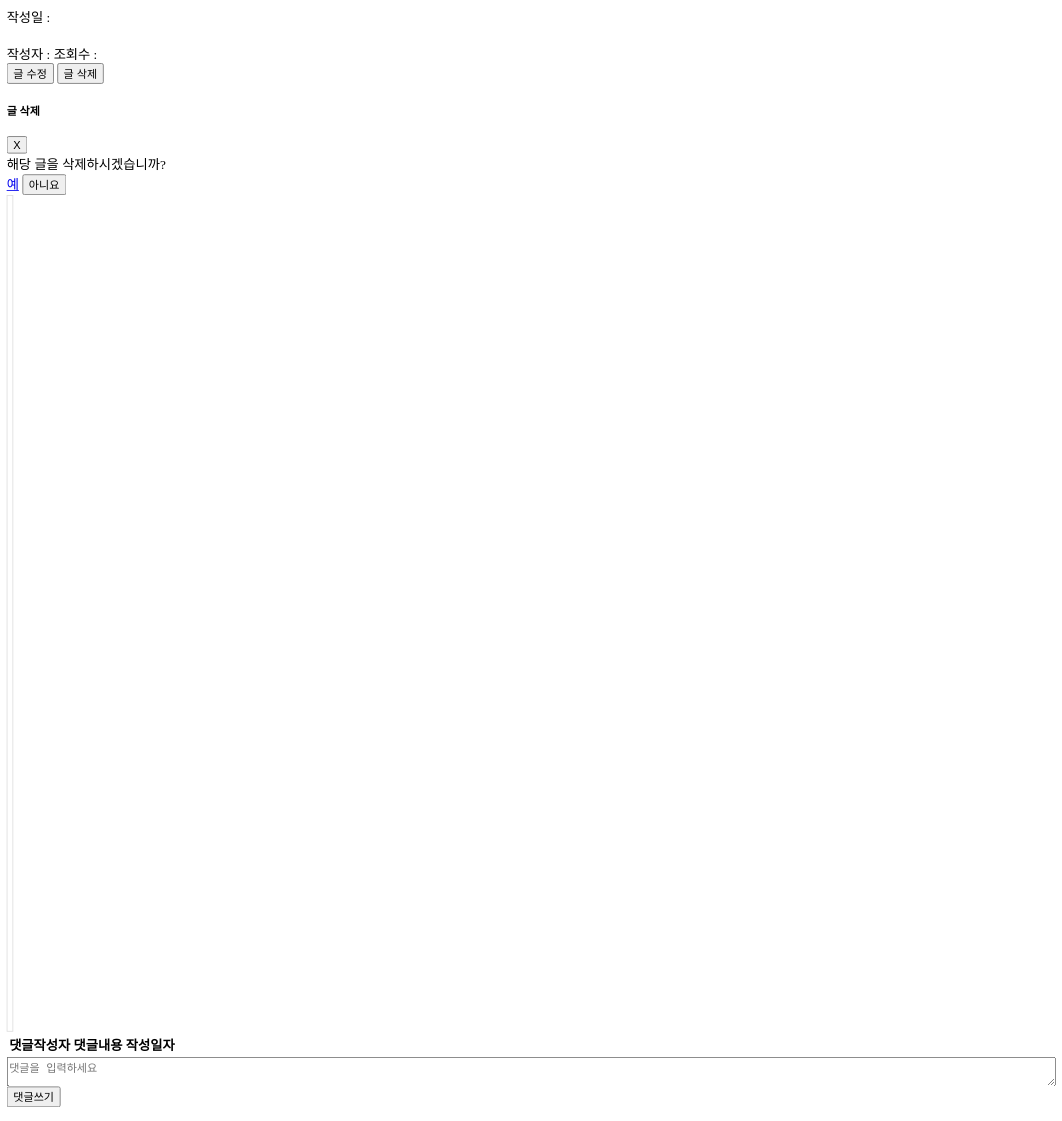
Repository: KimJinHwan999/ToyProject-makeBoard-springBoot
Page: http://localhost/board/WEB-INF/views/board/post.jsp
An editor plug-in stored every save of this project. The page is shown before and after the next save, followed by the edit.
The browser window is 1280 px wide. The pictures show the whole page, at 83% of full size.
The page is served by Tomcat 9. Nobody is signed in. Other server files are loaded and not shown. The template is opened directly, without the code that normally fills it, so the values that code supplies are empty.

Above is the page before, as saved 2023-06-22 09:13:08.

### board/src/main/webapp/WEB-INF/views/board/post.jsp
<%@ page language="java" contentType="text/html; charset=UTF-8" pageEncoding="UTF-8"%>
<%@ taglib prefix="c" uri="http://java.sun.com/jsp/jstl/core" %>
<body>
	<div class="col-sm-9 col-sm-offset-3 col-md-10 col-md-offset-2 main">
		<div class="sub-header">
			<c:set var="post.board_num" value="${post.board_num}" />
			<c:if test="${post.board_num eq 1}">
				<span>유머 게시판</span>
			</c:if>
			<c:if test="${post.board_num eq 2}">
				<span>스포츠 게시판</span>
			</c:if>
			<c:if test="${post.board_num eq 3}">
				<span>게임 게시판</span>
			</c:if>

			<span class="pull-right">작성일 : ${post.post_date }</span>
			<h2>${post.post_name }</h2>
		</div>

	    <div class="table-responsive">
	    	<div class="pull-right" >
		    	<div>
					<span>작성자 : ${postMember.member_id } </span>
					<span>조회수 : ${post.post_views }</span>

		    	</div>

		    	<!-- 세션에 등록된 계정과 글을 쓴 주인이 같으면 수정, 삭제 버튼 보이기 -->
		    	<c:set var="loginUserSession.member_no" value="${loginUserSession.member_no}" />
		    	<c:set var="post.member_no" value="${post.member_no}" />
				<c:if test="${loginUserSession.member_no eq post.member_no}">
			    	<div>
						<a href="/board/update/${post_id }"><button>글 수정</button></a>
						<button id="deleteButton">글 삭제</button>
			    	</div>
		    	</c:if>
	    	</div>


		<div class="modal fade" id="Modal" tabindex="-1" role="dialog" aria-labelledby="exampleModalLabel" aria-hidden="true">
		<div class="modal-dialog" role="document">
			<div class="modal-content">
				<div class="modal-header">
					<h5 class="modal-title" id="exampleModalLabel">글 삭제</h5>
					<button class="close" type="button" data-dismiss="modal" aria-label="Close">
						<span aria-hidden="true">X</span>
					</button>
				</div>
				<div class="modal-body">해당 글을 삭제하시겠습니까?</div>
				<div class="modal-footer">
					<a class="btn" id="modalY" href="/board/delete/${post_id }">예</a>
					<button class="btn" type="button" data-dismiss="modal">아니요</button>
				</div>
			</div>
		</div>
		</div>


			<table class="table table-striped" style="text-align: center; border: 1px solid #dddddd">

					<tbody>
						<tr>
							<td>
								<div class="form-control" id="post_text" style="height: 1000px; text-align:left;">
									${post.post_text }

									<c:forEach var="postPhoto" items="${postPhoto}" >
										<div>
											<img src="/imgPath/post_img/<c:out value="${postPhoto }"/>"  style="width:300px; margin-top:20px; margin-bottom:20px;">
										</div>
									</c:forEach>

								</div>
							</td>
						</tr>
					</tbody>
				</table>

				<!-- 댓글 -->
	            <form action="/reply/${post.post_id}" method="post" name="addReply" id="addReply" >
					<table class="table table-striped">
			            <thead>
			            <tr>
			                <th>댓글작성자</th>
			                <th>댓글내용</th>
			                <th>작성일자</th>
			            </tr>
			            </thead>
			            <tbody>
			            <c:forEach var="reply" items="${reply }" >
				            <tr>
				                <td>${reply.member_no }</td>
				                <td>${reply.reply_content }</td>
				                <td>${reply.reply_date }</td>
				            </tr>
			            </c:forEach>

			            </tbody>
			        </table>

	            	<textarea id="reply_content" name="reply_content" placeholder="댓글을 입력하세요" style="width:100%;"></textarea>
	            	<input type="submit" class="btn btn-success pull-right" value="댓글쓰기"/>

	            </form>
		        <!-- 댓글 끝 -->
		</div>

	</div>
</body>

After the next save:
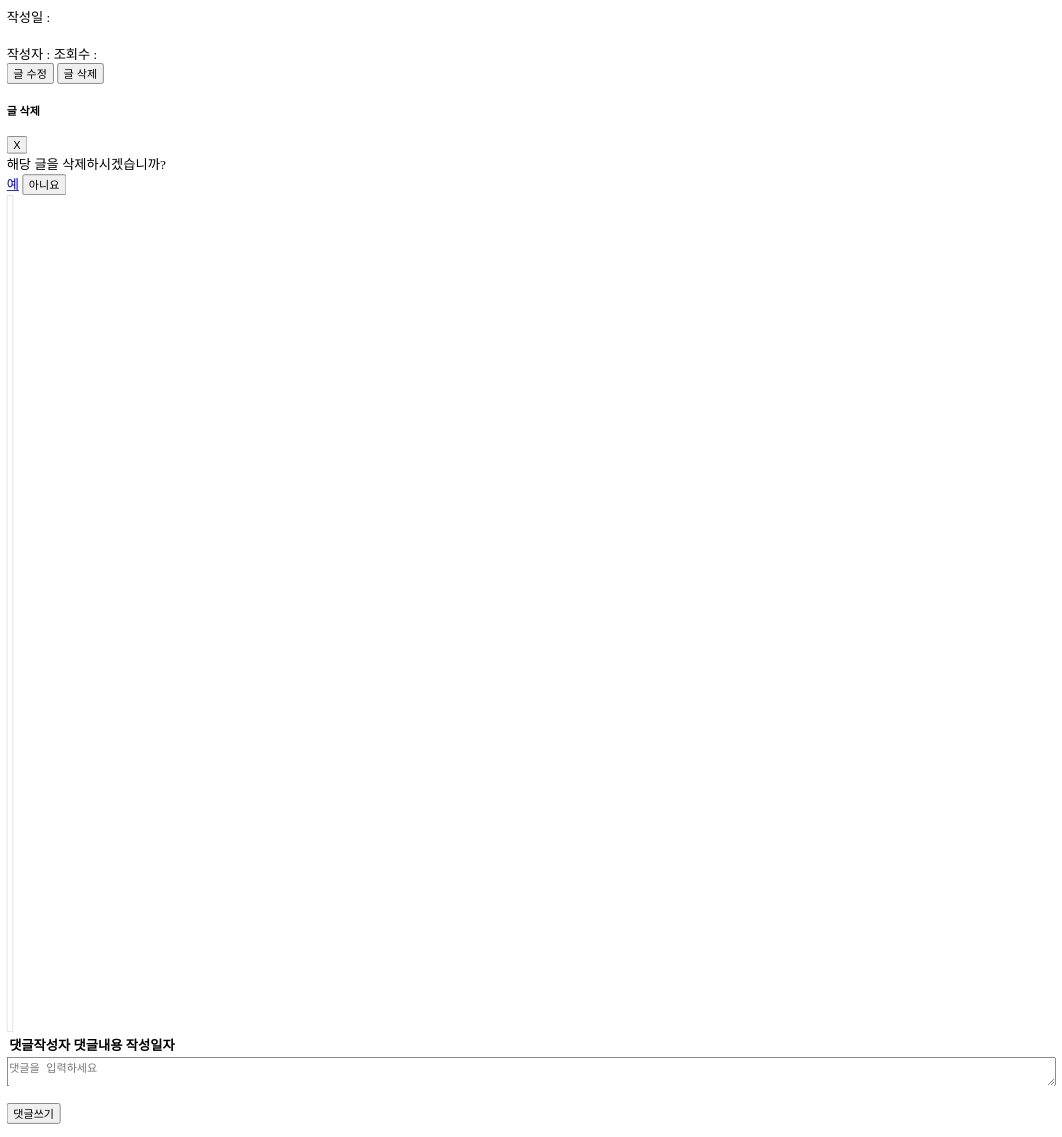
Saved 18 s later.
--- a/board/src/main/webapp/WEB-INF/views/board/post.jsp
+++ b/board/src/main/webapp/WEB-INF/views/board/post.jsp
@@ -99,7 +99,7 @@
 			            </tbody>
 			        </table>
 
-	            	<textarea id="reply_content" name="reply_content" placeholder="댓글을 입력하세요" style="width:100%;"></textarea>
+	            	<textarea id="reply_content" name="reply_content" placeholder="댓글을 입력하세요" style="width:100%; margin-bottom:20px;"></textarea>
 	            	<input type="submit" class="btn btn-success pull-right" value="댓글쓰기"/>
 
 	            </form>
